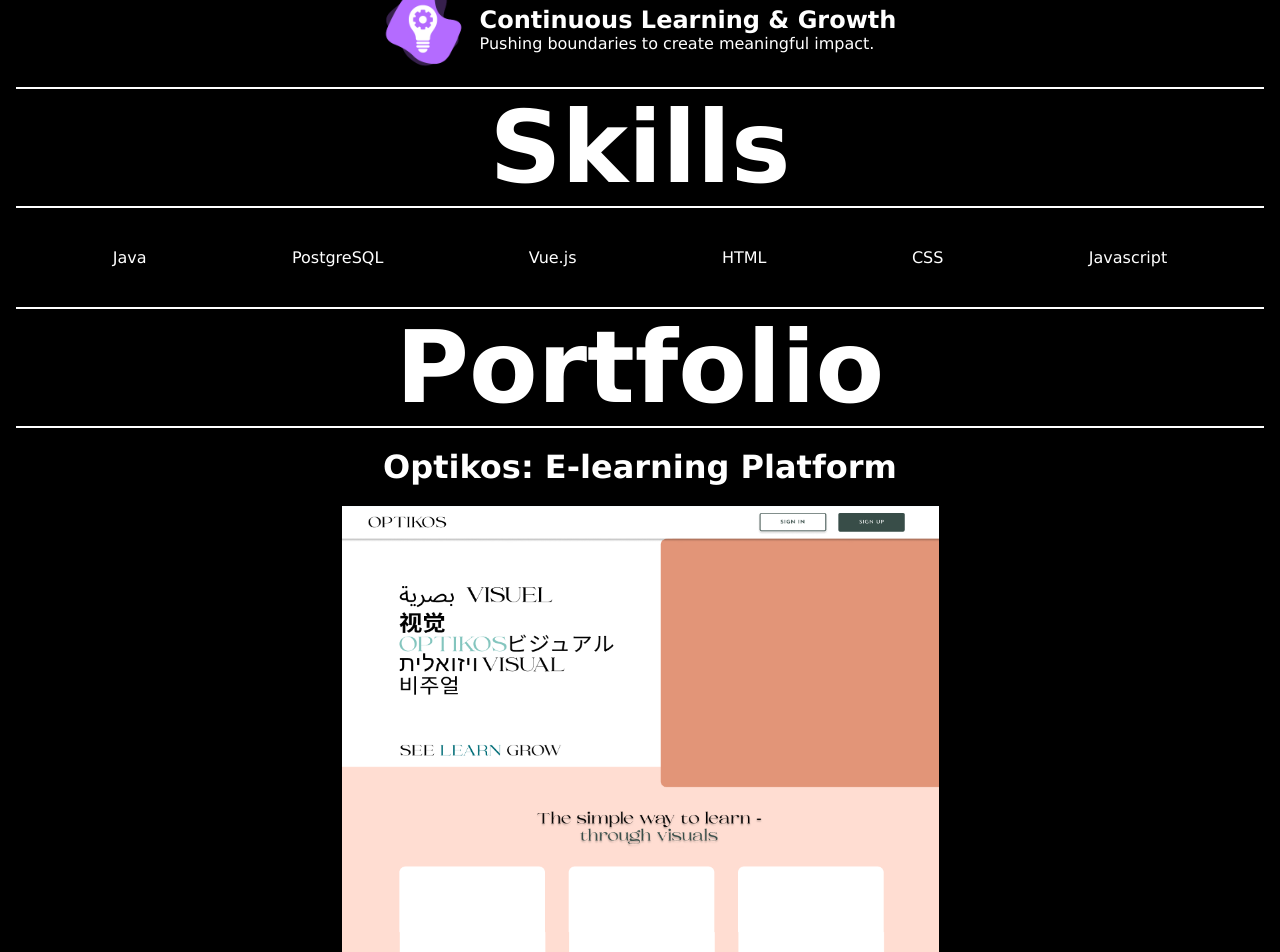
Repository: woodsdeshe/portfolio
Page: index.html
The author's editor kept a copy of each file at every save. The page is drawn from the files as they stood at one save, then again after a run of saves.
The browser window is 1280 px wide. The pictures show the part of the page from y = 1403 to 2355 px (the page is 2531 px tall before and 2607 px after).
A picture or video elsewhere on the page could not be fetched, so the positions and the page height are approximate. Some web fonts or font styles are not loaded; a fallback is used.

Above is the page before, as saved 2023-06-11 16:04:26.

### index.html
<!DOCTYPE html>
<html lang="en">
<head>
    <meta charset="UTF-8">
    <meta http-equiv="X-UA-Compatible" content="IE=edge">
    <meta name="viewport" content="width=device-width, initial-scale=1.0">
    <title data-aos="fade-down">DeShe Woods | Software Engineer</title>
    <link rel="stylesheet" href="style.css">
    <link rel="stylesheet" href="https://cdnjs.cloudflare.com/ajax/libs/aos/2.3.4/aos.css" />
</head>
<body>
    <div class="container">
        <video autoplay muted loop>
            <source src="./images/pexels-crazy-motions-11738195-1920x1080-24fps.mp4" type="video/mp4">
        </video>
        <div class="header">
            <h1>DESHE WOODS</h1>
        </div>
    </div>
    <div class="subheader">
        <h3>SOFTWARE ENGINEER | VISUAL ARTIST</h3>
    </div>
    <nav class="navbar">
        <ul>
            <li><a href="#about">About</a></li>
            <li><a href="#skills">Skills</a></li>
            <li><a href="#portfolio">Portfolio</a></li>
            <li><a href="#contact">Contact</a></li>
        </ul>
    </nav>
    <div class="headshot" data-aos="fade-up">
        <img src="./images/Headshot.jpg" alt="Picture of DeShe Woods">
    </div>
    <div class="about-me" data-aos="fade-up">
        <div class="about-container">
            <div class="logo">
                <img src="./images/code-logo.png" alt="Software Engineer Logo">
            </div>
            <div class="about-content">
                <h2>Passionate Software Engineer</h2>
                <p>Ready to tackle coding challenges with enthusiasm.</p>
            </div>
        </div>
        <div class="about-container">
            <div class="logo">
                <img src="./images/diversity-logo.png" alt="Tea Lover Logo">
            </div>
            <div class="about-content">
                <h2>Tea Lover & Detail-Oriented</h2>
                <p>Committed to fostering diversity in tech.</p>
            </div>
        </div>
        <div class="about-container">
            <div class="logo">
                <img src="./images/gears-logo.png" alt="Continuous Learning Logo">
            </div>
            <div class="about-content">
                <h2>  Continuous Learning & Growth</h2>
                <p>Pushing boundaries to create meaningful impact.</p>
            </div>
        </div>
    </div>


    <div class="skills-header">
        <h1 id="skills">Skills</h1>
    </div>
    <div class="skills-content" data-aos="fade-up">
        <span class="skill">Java</span>
        <p class="postgresql">PostgreSQL</p>
        <p class="Vue-js">Vue.js</p>
        <p class="html">HTML</p>
        <p class="css">CSS</p>
        <p class="javascript">Javascript</p>
    </div>
    <div class="portfolio-header">
        <h1 id="portfolio">Portfolio</h1>
    </div>
    <div class="optikos" data-aos="fade-up">
        <h1>Optikos: E-learning Platform</h1>
        <img src="./images/Screenshot (6).png" alt="Screenshot of Optikos home page">
    </div>
    <div class="contact" id="contact">
        <h2>Contact</h2>
    </div>
   <footer>
    <a href="#">LinkedIn</a> |
    <a href="#">Github</a> |
    <a href="#">Email</a>
   </footer>

   <script src="https://cdnjs.cloudflare.com/ajax/libs/jquery/3.6.0/jquery.min.js"></script>
   <script src="https://cdnjs.cloudflare.com/ajax/libs/aos/2.3.4/aos.js"></script>
   <script>
     AOS.init();
   </script>
</body>
</html>

### style.css
@import url('https://fonts.googleapis.com/css2?family=Climate+Crisis&display=swap');

* {
    margin: 0;
    padding: 0;
    box-sizing: border-box;
}

body:not(.container) {
    background-color: #000;
    font-family: Verdana, Geneva, Tahoma, sans-serif;
    color: white;
    overflow-y: scroll;
}

.container {
    width: 100%;
    min-height: 100vh;
    position: relative;
    overflow: hidden;
}

.container video {
    height: 100%;
    width: 100%;
}

.header h1{
    font-family:'Climate Crisis', cursive, Verdana;
    font-size: 200px;
    font-weight: 900;
    text-align: center;
    color: white;
    position: absolute;
    top: 0;
    left:0;
    background: #000;
    height: 100%;
    width: 100%;
    display:flex;
    align-items: center;
    justify-content: center;
    flex-wrap: wrap;
    mix-blend-mode: multiply;
}

.subheader {
    border-top: 2px solid white;
    border-bottom: 2px solid white;
    padding: 1rem;
    text-align: center;
    font-size: 40px;
}

.navbar {
    background-color: #000;
    padding: 1rem;
    text-align: center;
}

.navbar ul {
    list-style-type: none;
}

.navbar li {
    display: inline-block;
    margin-right: 1rem;
}

.navbar a {
    text-decoration: none;
    color: white;
    font-size: 20px;
    font-weight: bold;
    padding: 0.5rem 1rem;
}

.navbar a:hover {
    background-color: #b46bff;
    border-radius: 5px;
}


.headshot img {
    height:400px;
    width: 400px;
    align-content: center;
    display:block;
    margin-left: auto;
    margin-right: auto;
    margin-top: 20px;
    margin-bottom: 20px;
}


.about-me {
    display: flex;
    flex-wrap: wrap;
    justify-content: center;
}

.about-container {
    display: flex;
    align-items: center;
    margin: 0 2rem;
}

.logo img {
    height: 80px;
    width: 80px;
}

.about-content {
    margin-left: 1rem;
}

.portfolio-header, .skills-header, .contact h2 {
    font-size: 50px;
    text-align: center;
    border-top: 2px solid white;
    border-bottom: 2px solid white;
    margin: 1rem
}

.skills-content {
    display: flex;
    flex-direction: row;
    justify-content: space-around;
    margin: 40px;
}

.skills-content > p:hover {
    background-color: #b46bff;
    border-radius: 5px;
    cursor: pointer;
    padding: 5px;
}


.portfolio {
    display: flex;
    flex-direction: column;
}

.optikos img {
   width: 597px;
   height: 500px;
   display: block;
   margin-left: auto;
    margin-right: auto;
    margin-bottom: 20px;
}


.optikos h1 {
    text-align: center;
    margin: 20px;
}

.optikos p {
    grid-area: "optikos-content";
}

.contact h2{
    font-size: 50px
}

footer {
    display: flex;
    justify-content: center;
    font-size: 20px;
}

footer a {

        box-shadow: inset 0 0 0 0 #54b3d6;
        color: white;
        margin: 0 -.25rem;
        padding: 0 .25rem;
        transition: color .3s ease-in-out, box-shadow .3s ease-in-out;
}

footer a:hover {
    box-shadow: inset 100px 0 0 0 #54b3d6;
    color: white;
}

@media screen and (max-width: 768px) {
.container {
        min-height: auto;
        height: 100vh;
    }
    .container video {
        height: auto;
        width: 100%;
    }

    .about-me {
        flex-direction: column;
        align-items: center;
    }

    .about-container {
        margin: 1rem 0;
    }

    .about-content {
        margin-left: 0;
        margin-top: 1rem;
    }
}

body:not(.container) {
    overflow-x: hidden;
}

After the next 5 saves:
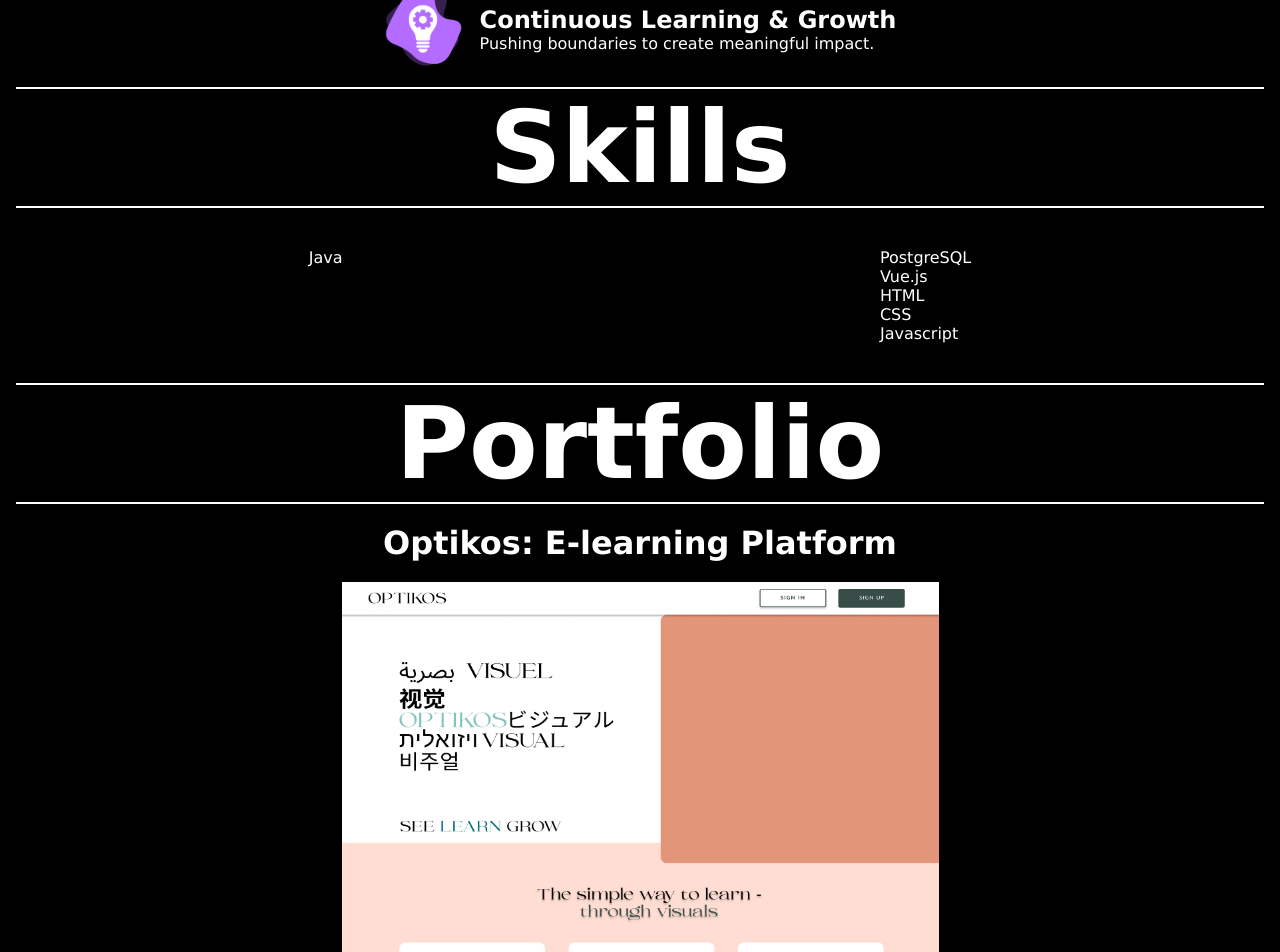
The 5 saves are shown as one change because they came seconds apart.
The last was saved 20 s later.
--- a/index.html
+++ b/index.html
@@ -67,11 +67,11 @@
     </div>
     <div class="skills-content" data-aos="fade-up">
         <span class="skill">Java</span>
-        <p class="postgresql">PostgreSQL</p>
-        <p class="Vue-js">Vue.js</p>
-        <p class="html">HTML</p>
-        <p class="css">CSS</p>
-        <p class="javascript">Javascript</p>
+        <span class="skill">PostgreSQL</p>
+        <span class="skill">Vue.js</p>
+        <span class="skill">HTML</p>
+        <span class="skill">CSS</p>
+        <span class="skill">Javascript</p>
     </div>
     <div class="portfolio-header">
         <h1 id="portfolio">Portfolio</h1>

After the 3 saves that followed:
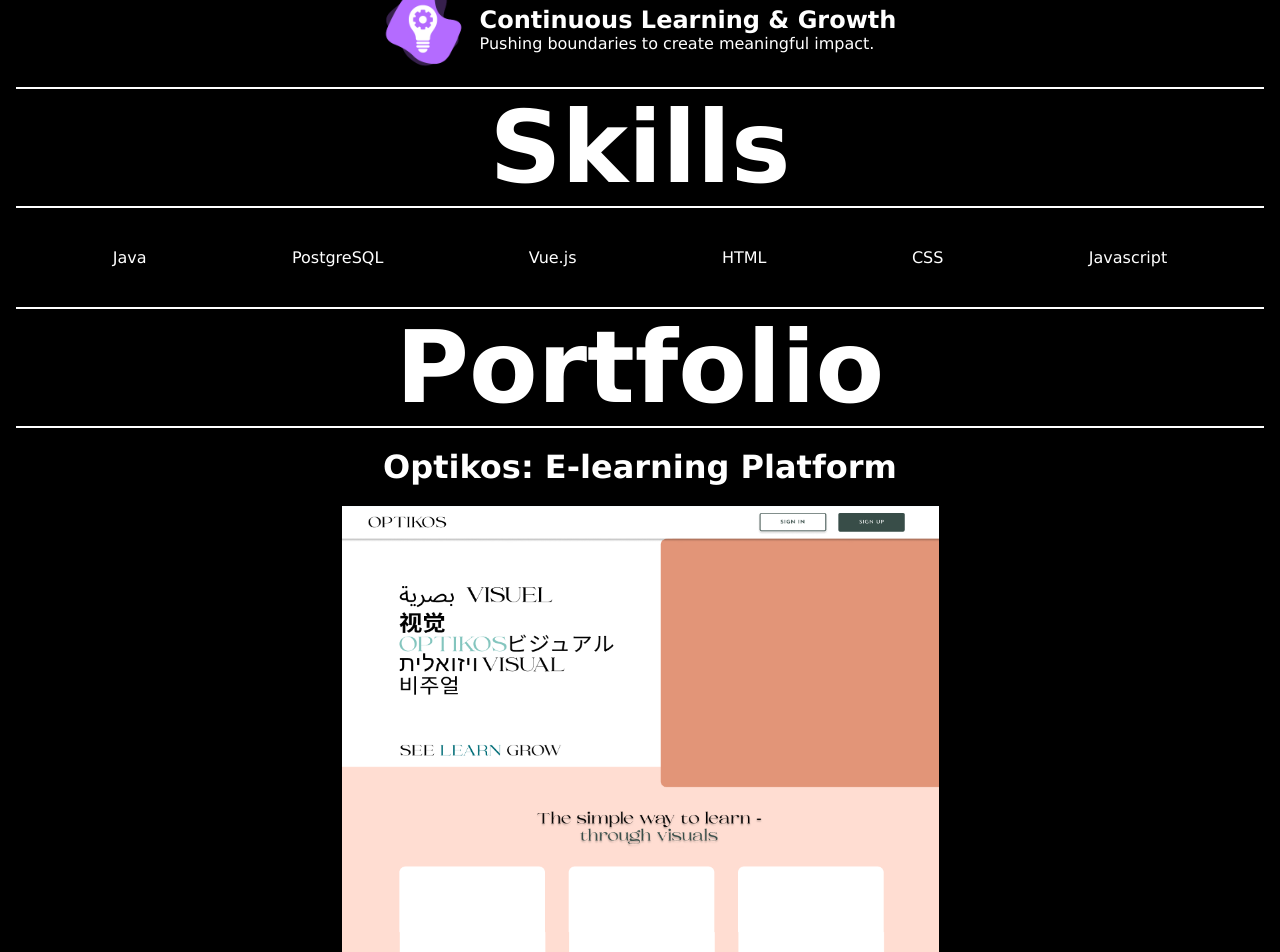
The 3 saves are shown as one change because they came seconds apart.
The last was saved 8 s later.
--- a/index.html
+++ b/index.html
@@ -67,11 +67,11 @@
     </div>
     <div class="skills-content" data-aos="fade-up">
         <span class="skill">Java</span>
-        <span class="skill">PostgreSQL</p>
-        <span class="skill">Vue.js</p>
-        <span class="skill">HTML</p>
-        <span class="skill">CSS</p>
-        <span class="skill">Javascript</p>
+        <span class="skill">PostgreSQL</span>
+        <span class="skill">Vue.js</span>
+        <span class="skill">HTML</span>
+        <span class="skill">CSS</span>
+        <span class="skill">Javascript</span>
     </div>
     <div class="portfolio-header">
         <h1 id="portfolio">Portfolio</h1>
